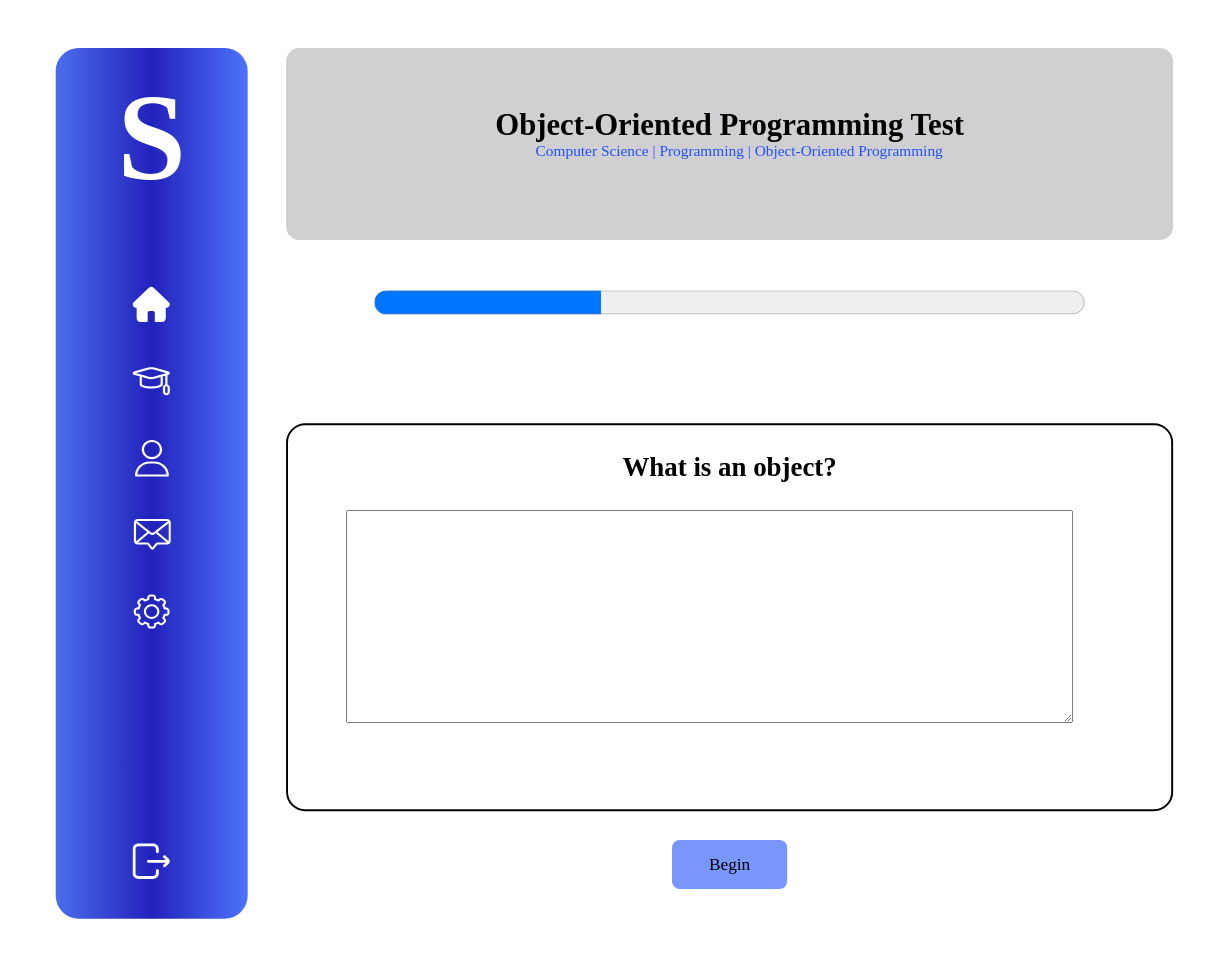
Repository: rafalzacher1/smartify-interface
Page: test.html
These files come from the project's save history. The page is drawn as it stood at one moment and after a run of saves; the edit follows.
The browser window is 1280 px wide. The pictures show the whole page, at 96% of full size.
Some web fonts or font styles are not loaded; a fallback is used.

Above is the page before, as saved 2022-06-30 19:40:38.

### test.html
<!DOCTYPE html>
<html lang="en">

<head>
    <link rel="stylesheet" href="./styles/home.css">
    <link rel="stylesheet" href="./styles/navigation.css">
    <link rel="stylesheet" href="./styles/search.css">
    <link rel="stylesheet" href="./styles/test.css">
    <link rel="stylesheet" href="./styles/question.css">
    <link rel="stylesheet" href="https://cdnjs.cloudflare.com/ajax/libs/font-awesome/4.7.0/css/font-awesome.min.css">
    <link href='https://fonts.googleapis.com/css?family=Baloo Bhai' rel='stylesheet'>
</head>

<body>
    <div id="main-container">
        <div id="navigation-container">
            <h1>S</h1>

            <nav id="navigation-options">
                <svg width="27" height="25" viewBox="0 0 27 25" fill="none" xmlns="http://www.w3.org/2000/svg"
                    onclick="document.location='./index.html'">
                    <path
                        d="M25.5018 10.9867C25.5012 10.9862 25.5006 10.9856 25.5 10.985L14.8668 0.890976C14.4135 0.460518 13.8109 0.223389 13.17 0.223389C12.529 0.223389 11.9264 0.460329 11.473 0.890787L0.845318 10.9797C0.841738 10.9831 0.838158 10.9867 0.834579 10.9901C-0.0961545 11.8788 -0.0945635 13.3206 0.839153 14.207C1.26574 14.6122 1.82915 14.8469 2.43154 14.8714C2.456 14.8737 2.48066 14.8748 2.50552 14.8748H2.92932V22.3034C2.92932 23.7734 4.1892 24.9694 5.73803 24.9694H9.89809C10.3197 24.9694 10.6618 24.6449 10.6618 24.2444V18.4204C10.6618 17.7496 11.2365 17.204 11.9431 17.204H14.3968C15.1034 17.204 15.6782 17.7496 15.6782 18.4204V24.2444C15.6782 24.6449 16.02 24.9694 16.4419 24.9694H20.6019C22.1508 24.9694 23.4106 23.7734 23.4106 22.3034V14.8748H23.8036C24.4444 14.8748 25.047 14.6379 25.5006 14.2074C26.4353 13.3195 26.4357 11.8752 25.5018 10.9867V10.9867Z"
                        fill="white" />
                </svg>

                <svg width="29" height="22" viewBox="0 0 29 22" fill="none" xmlns="http://www.w3.org/2000/svg">
                    <path
                        d="M26.4228 13.5237V6.40629L26.734 6.31764C27.9305 5.97676 28.1816 5.39965 28.1816 4.97552C28.1816 4.55139 27.9304 3.97428 26.734 3.63356L16.4958 0.717713C15.8653 0.538127 15.0388 0.43924 14.1689 0.43924C13.299 0.43924 12.4726 0.538127 11.8419 0.717713L1.60382 3.63356C0.407257 3.97428 0.156067 4.55139 0.156067 4.97557C0.156067 5.3997 0.407202 5.97686 1.60376 6.31769L5.43281 7.4082V13.2841C5.43281 14.0138 5.93239 15.0416 8.31243 15.7947C9.88887 16.2936 11.9687 16.5683 14.1688 16.5683C16.3689 16.5683 18.4487 16.2936 20.0252 15.7947C22.4053 15.0415 22.9049 14.0138 22.9049 13.2841V7.40825L24.7806 6.87402V13.5237C23.7595 13.8501 23.0217 14.767 23.0217 15.8451V19.1846C23.0217 20.5351 24.179 21.6338 25.6017 21.6338C27.0242 21.6338 28.1816 20.5351 28.1816 19.1846V15.8451C28.1817 14.767 27.4439 13.8501 26.4228 13.5237ZM12.3137 2.21089C12.7886 2.07563 13.4647 1.9981 14.1689 1.9981C14.873 1.9981 15.5492 2.07563 16.024 2.21084L25.7315 4.97557L21.8438 6.08282C21.8416 6.08349 21.8394 6.08406 21.8372 6.08474L16.024 7.74036C15.5493 7.87556 14.8731 7.95309 14.169 7.95309C13.4649 7.95309 12.7886 7.87556 12.3138 7.74036L6.50073 6.08474C6.49849 6.08406 6.4963 6.08349 6.49405 6.08282L2.60639 4.97557L12.3137 2.21089ZM21.2629 11.2372C21.2629 13.3846 20.9647 13.8541 19.506 14.3157C18.0926 14.763 16.1971 15.0093 14.1689 15.0093C12.1406 15.0093 10.2452 14.763 8.83178 14.3157C7.37313 13.8541 7.07493 13.3845 7.07493 13.2841V7.87582L11.842 9.23348C12.4726 9.41307 13.299 9.51196 14.1689 9.51196C15.0388 9.51196 15.8652 9.41307 16.4959 9.23348L21.2629 7.87582V11.2372ZM26.5395 19.1845C26.5395 19.6754 26.1188 20.0748 25.6017 20.0748C25.0846 20.0748 24.6639 19.6755 24.6639 19.1845V15.845C24.6639 15.3541 25.0846 14.9546 25.6017 14.9546C26.1189 14.9546 26.5395 15.3541 26.5395 15.845V19.1845Z"
                        fill="white" />
                </svg>

                <svg width="24" height="26" viewBox="0 0 24 26" fill="none" xmlns="http://www.w3.org/2000/svg">
                    <path
                        d="M12.1698 0.827911C8.37379 0.827911 5.28546 3.75975 5.28546 7.36343C5.28546 10.9671 8.37379 13.899 12.1698 13.899C15.9659 13.899 19.0542 10.9671 19.0542 7.36343C19.0542 3.75975 15.9659 0.827911 12.1698 0.827911ZM12.1698 12.4466C9.21735 12.4466 6.81532 10.1663 6.81532 7.36343C6.81532 4.56057 9.21735 2.28025 12.1698 2.28025C15.1223 2.28025 17.5243 4.56057 17.5243 7.36343C17.5243 10.1663 15.1223 12.4466 12.1698 12.4466Z"
                        fill="white" />
                    <path
                        d="M20.7353 18.1686C18.8505 16.3518 16.3519 15.3513 13.6997 15.3513H10.64C7.98784 15.3513 5.48917 16.3518 3.60439 18.1686C1.72883 19.9765 0.695923 22.3628 0.695923 24.8883C0.695923 25.2894 1.03841 25.6145 1.46085 25.6145H22.8789C23.3013 25.6145 23.6438 25.2894 23.6438 24.8883C23.6438 22.3628 22.6109 19.9765 20.7353 18.1686ZM2.25944 24.1621C2.64267 20.043 6.25497 16.8036 10.64 16.8036H13.6997C18.0848 16.8036 21.6971 20.043 22.0803 24.1621H2.25944Z"
                        fill="white" />
                </svg>


                <svg width="27" height="23" viewBox="0 0 27 23" fill="none" xmlns="http://www.w3.org/2000/svg">
                    <path
                        d="M24.1913 0.381134H3.77551C2.23533 0.381134 0.9823 1.57067 0.9823 3.0328V15.7608C0.9823 17.223 2.23533 18.4125 3.77551 18.4125H10.353C10.4332 18.4125 10.5096 18.4491 10.5573 18.5105L12.957 21.5991C13.1975 21.9087 13.5678 22.0872 13.9729 22.089H13.979C14.3819 22.089 14.7514 21.9139 14.9937 21.608L17.4479 18.5087C17.4956 18.4484 17.5715 18.4124 17.6509 18.4124H24.1913C25.7315 18.4124 26.9845 17.2229 26.9845 15.7608V3.03276C26.9845 1.57063 25.7315 0.381134 24.1913 0.381134ZM25.4609 15.7608C25.4609 15.8747 25.4439 15.9848 25.4127 16.0892L17.5863 9.57636L25.4609 3.37251V15.7608ZM24.1913 1.8275C24.4235 1.8275 24.6413 1.88728 24.8287 1.99108L14.7964 9.8948C14.3265 10.265 13.6446 10.265 13.1747 9.8948L3.14064 1.98969C3.32753 1.88675 3.54433 1.8275 3.77551 1.8275H24.1913ZM2.55416 16.0892C2.52293 15.9848 2.50587 15.8747 2.50587 15.7608V3.36913L10.3826 9.57457L2.55416 16.0892ZM16.2301 17.6396L13.9808 20.4801L11.7834 17.6519C11.4498 17.2225 10.915 16.9661 10.3529 16.9661H3.81172L11.5698 10.5099L12.2017 11.0078C12.7186 11.415 13.3519 11.6185 13.9855 11.6185C14.6189 11.6185 15.2525 11.4148 15.7693 11.0078L16.399 10.5117L24.155 16.9661H17.6509C17.0952 16.9661 16.5641 17.2178 16.2301 17.6396Z"
                        fill="white" />
                </svg>

                <svg width="28" height="25" viewBox="0 0 28 25" fill="none" xmlns="http://www.w3.org/2000/svg">
                    <path
                        d="M14.8013 24.9227H13.1654C11.8422 24.9227 10.7657 23.9008 10.7657 22.6447V22.1193C10.2032 21.9486 9.65665 21.7333 9.13159 21.4753L8.73937 21.8477C7.7894 22.7506 6.2677 22.7241 5.34533 21.8473L4.18907 20.7497C3.26507 19.8735 3.23849 18.4294 4.18937 17.5277L4.58129 17.1556C4.30958 16.6571 4.08276 16.1384 3.90299 15.6043H3.34958C2.02648 15.6043 0.949951 14.5823 0.949951 13.3262V11.7731C0.949951 10.517 2.02648 9.4951 3.34963 9.4951H3.90304C4.08281 8.96103 4.30963 8.44223 4.58134 7.94378L4.18912 7.57148C3.2388 6.67028 3.26502 5.22602 4.18942 4.34942L5.34579 3.2517C6.2703 2.37283 7.79164 2.35089 8.73978 3.25199L9.13165 3.624C9.6567 3.3661 10.2032 3.15073 10.7658 2.98007V2.4547C10.7658 1.1986 11.8422 0.176666 13.1654 0.176666H14.8014C16.1245 0.176666 17.201 1.1986 17.201 2.4547V2.98012C17.7636 3.15073 18.3101 3.3661 18.8351 3.62405L19.2274 3.2517C20.1773 2.34876 21.699 2.37525 22.6214 3.25204L23.7777 4.34966C24.7017 5.22587 24.7283 6.66999 23.7774 7.57172L23.3854 7.94378C23.6572 8.44223 23.884 8.96098 24.0637 9.4951H24.6172C25.9403 9.4951 27.0168 10.517 27.0168 11.7731V13.3262C27.0168 14.5823 25.9403 15.6043 24.6172 15.6043H24.0637C23.884 16.1383 23.6572 16.6571 23.3854 17.1556L23.7777 17.5279C24.728 18.4291 24.7018 19.8734 23.7774 20.75L22.621 21.8477C21.6965 22.7266 20.1751 22.7485 19.227 21.8474L18.8351 21.4754C18.3101 21.7333 17.7636 21.9487 17.201 22.1193V22.6448C17.201 23.9008 16.1245 24.9227 14.8013 24.9227V24.9227ZM9.38692 19.9527C10.1163 20.3622 10.9014 20.6716 11.7203 20.8722C12.0575 20.9548 12.2931 21.2436 12.2931 21.5742V22.6447C12.2931 23.1013 12.6845 23.4727 13.1654 23.4727H14.8014C15.2824 23.4727 15.6737 23.1013 15.6737 22.6447V21.5742C15.6737 21.2436 15.9093 20.9548 16.2466 20.8722C17.0655 20.6716 17.8505 20.3622 18.5799 19.9527C18.8801 19.7842 19.2621 19.8301 19.5087 20.0641L20.3074 20.8224C20.6518 21.1497 21.2048 21.1421 21.5407 20.8227L22.6978 19.7243C23.0329 19.4066 23.0441 18.8815 22.6981 18.5535L21.899 17.7949C21.6525 17.5609 21.6042 17.1981 21.7817 16.9133C22.213 16.2208 22.5389 15.4756 22.7502 14.6981C22.8373 14.378 23.1414 14.1544 23.4897 14.1544H24.6172C25.0982 14.1544 25.4895 13.7829 25.4895 13.3263V11.7732C25.4895 11.3166 25.0982 10.9451 24.6172 10.9451H23.4897C23.1414 10.9451 22.8373 10.7214 22.7502 10.4013C22.5389 9.6239 22.213 8.87862 21.7817 8.18622C21.6042 7.90135 21.6525 7.53857 21.899 7.30454L22.6978 6.54626C23.0431 6.21886 23.0341 5.69397 22.6981 5.37541L21.5411 4.27707C21.2058 3.95827 20.6527 3.94894 20.3078 4.27678L19.5088 5.03535C19.2622 5.26942 18.88 5.31524 18.58 5.14675C17.8506 4.73724 17.0655 4.42786 16.2466 4.22724C15.9094 4.14464 15.6738 3.8559 15.6738 3.52526V2.4547C15.6738 1.99811 15.2824 1.62663 14.8014 1.62663H13.1655C12.6845 1.62663 12.2932 1.99811 12.2932 2.4547V3.52516C12.2932 3.8558 12.0576 4.14454 11.7203 4.22714C10.9014 4.42777 10.1164 4.73714 9.38697 5.14666C9.08679 5.3151 8.7047 5.26928 8.45818 5.03525L7.65948 4.27697C7.31511 3.94966 6.76205 3.95725 6.42619 4.27663L5.26911 5.37503C4.93401 5.69276 4.92281 6.21779 5.26881 6.54587L6.06787 7.30445C6.31438 7.53847 6.36265 7.90125 6.18522 8.18612C5.75385 8.87852 5.42801 9.62381 5.21667 10.4012C5.12961 10.7214 4.82547 10.945 4.47723 10.945H3.34963C2.86867 10.9451 2.47731 11.3165 2.47731 11.7731V13.3262C2.47731 13.7828 2.86867 14.1543 3.34963 14.1543H4.47718C4.82547 14.1543 5.12956 14.378 5.21662 14.6981C5.42796 15.4755 5.75385 16.2208 6.18517 16.9132C6.3626 17.1981 6.31433 17.5609 6.06782 17.7949L5.26906 18.5532C4.92378 18.8806 4.93279 19.4055 5.26876 19.724L6.42573 20.8224C6.76109 21.1412 7.31419 21.1505 7.65907 20.8226L8.45808 20.0641C8.63974 19.8917 9.01765 19.7454 9.38692 19.9527V19.9527Z"
                        fill="white" />
                    <path
                        d="M13.9834 17.9339C10.856 17.9339 8.31177 15.5185 8.31177 12.5497C8.31177 9.58082 10.856 7.16547 13.9834 7.16547C17.1107 7.16547 19.6549 9.58082 19.6549 12.5497C19.6549 15.5185 17.1107 17.9339 13.9834 17.9339ZM13.9834 8.61543C11.6982 8.61543 9.83912 10.3803 9.83912 12.5497C9.83912 14.719 11.6982 16.4839 13.9834 16.4839C16.2685 16.4839 18.1276 14.719 18.1276 12.5497C18.1276 10.3803 16.2685 8.61543 13.9834 8.61543Z"
                        fill="white" />
                </svg>


                <svg id="logout" width="27" height="26" viewBox="0 0 27 26" fill="none"
                    xmlns="http://www.w3.org/2000/svg">
                    <path
                        d="M18.5379 19.6672V21.6084C18.5379 23.7492 16.7034 25.4907 14.4484 25.4907H4.1734C1.91837 25.4907 0.0838623 23.7492 0.0838623 21.6084V4.52618C0.0838623 2.38541 1.91837 0.64386 4.1734 0.64386H14.4484C16.7034 0.64386 18.5379 2.38541 18.5379 4.52618V6.46734C18.5379 7.00343 18.0802 7.43792 17.5155 7.43792C16.9508 7.43792 16.4932 7.00343 16.4932 6.46734V4.52618C16.4932 3.45589 15.5758 2.58502 14.4484 2.58502H4.1734C3.04598 2.58502 2.12863 3.45589 2.12863 4.52618V21.6084C2.12863 22.6787 3.04598 23.5495 4.1734 23.5495H14.4484C15.5758 23.5495 16.4932 22.6787 16.4932 21.6084V19.6672C16.4932 19.1311 16.9508 18.6966 17.5155 18.6966C18.0802 18.6966 18.5379 19.1311 18.5379 19.6672ZM25.5083 11.4L23.2189 9.22667C22.8196 8.84753 22.1722 8.84753 21.773 9.22667C21.3736 9.60561 21.3736 10.2202 21.773 10.5991L23.4014 12.1452H11.1256C10.5609 12.1452 10.1032 12.5797 10.1032 13.1158C10.1032 13.6519 10.5609 14.0864 11.1256 14.0864H23.4014L21.773 15.6325C21.3736 16.0114 21.3736 16.626 21.773 17.005C21.9727 17.1945 22.2343 17.2893 22.4959 17.2893C22.7577 17.2893 23.0192 17.1945 23.2189 17.005L25.5083 14.8316C26.5049 13.8854 26.5049 12.3462 25.5083 11.4Z"
                        fill="white" />
                </svg>
            </nav>
        </div>

        <div id="test-container">
            <div id="test-container-header">
                <h1>Object-Oriented Programming Test</h1>
                <p>Computer Science | Programming | Object-Oriented Programming</p>
            </div>
        </div>

        <div id="question-container" >
            <div id="progress">
                <progress id="questions" value="32" max="100"> 32% </progress>
            </div>

            <div id="question">
                <h3>What is an object?</h3>

                <textarea name="question" type="text"></textarea>
            </div>

            <div id="progress-container">
                <button id="question-button" class="question-option"
                    onclick="document.location='./topic.html'">Begin</button>
            </div>
        </div>
    </div>
</body>

</html>

<!-- Answer -->
<!--
    An object is a single instance of a class; it is created by invoking the constructors of the class. Class exists in source temporal scope and objects exist in run-time temporal scope.
 -->
 <!-- https://www.grin.com/document/423537 -->

### styles/home.css
#main-container {
    display: grid;
    grid-template-columns: 2fr 8fr 4fr;
    grid-template-rows: 200px 200px 200px;
    gap: 40px;
    margin: 50px;
}

### styles/navigation.css
#navigation-container {
  font-family: "Baloo Bhai";
  font-size: 26px;
  background: rgb(32, 80, 251);
  background: linear-gradient(
    90deg,
    rgba(30, 74, 233, 0.8) 0%,
    rgba(10, 10, 180, 0.9) 50%,
    rgba(32, 80, 251, 0.8) 100%
  );
  border-radius: 24px;
  width: 200px;
  height: 100%;
  text-align: center;
  display: inline-block;
  grid-column: 1;
  grid-row: 1 / 5;
}

#navigation-container h1 {
  font-family: "Baloo Bhai";
  font-size: 128px;
  color: #ffffff;
  margin: 0;
  padding-top: 20px;
  padding-bottom: 60px;
}

#navigation-options svg {
  margin-left: auto;
  margin-right: auto;
  display: block;
  padding: 20px;
  height: 40px;
  width: 40px;
}

#navigation-options svg:hover {
  opacity: 0.4;
  cursor: pointer;
}

#logout {
  margin-top: 180px;
  margin-bottom: 20px;
}

### styles/search.css
#search-container {
  grid-column: 3;
  grid-row: 1;
}

#search-container h2 {
  font-family: "Baloo Bhai";
  font-size: 16px;
}

form.example input[type="text"] {
  padding: 10px;
  font-size: 17px;
  border: 1px solid grey;
  float: left;
  width: 70%;
  background: #f1f1f1;
  border-radius: 15px 0 0 15px;
  font-family: "Baloo Bhai";
  font-size: 32px;
}

form.example button {
  float: left;
  width: 20%;
  padding: 10px;
  background: #2050fb;
  opacity: 0.6;
  color: white;
  font-size: 17px;
  border: 1px solid grey;
  border-left: none;
  cursor: pointer;
  border-radius: 0 15px 15px 0;
  font-family: "Baloo Bhai";
  font-size: 32px;
  box-sizing: border-box;
}

form.example button:hover {
  opacity: 1;
}

form.example::after {
  content: "";
  clear: both;
  display: table;
}

### styles/test.css
#test-container {
  grid-column: 2 / 4;
  grid-row: 1;
  background-color: #d0d0d3;
  border-radius: 14px;
}

#test-container h1 {
  font-family: "Baloo Bhai";
  font-size: 32px;
  margin-bottom: 0;
}

#test-container p {
  color: #2050fb;
  font-family: "Baloo Bhai";
  font-size: 16px;
  margin-top: 0;
  padding-left: 20px;
}

#test-container-header {
  text-align: center;
  margin-top: 62px;
  margin-bottom: 62px;
}

### styles/question.css
#question-container {
  grid-column: 2 / 4;
  grid-row: 2 / 5;
}

#progress {
  width: 80%;
  margin-left: auto;
  margin-right: auto;
}

.question-option,
input[type="submit"],
input[type="reset"] {
  background: none;
  color: inherit;
  border: none;
  padding: 0;
  font: inherit;
  cursor: pointer;
  outline: inherit;
  width: 30%;
  font-family: "Baloo Bhai";
  font-size: 18px;
}

#question {
    margin-top: 100px;
    height: 400px;
    border: 2px solid #000000;
    border-radius: 20px;
}

#progress-container {
    text-align: center;
}

#question-button {
  width: 120px;
  margin: 30px 20px;
  border-radius: 8px;
  padding: 15px;
  background-color: rgba(32, 80, 251, 0.6);
}

#question-button:hover {
  background-color: rgba(32, 80, 251, 1);
}

#questions {
  width: 100%;
  height: 50px;
}

#question h3 {
    text-align: center;
    font-family: "Baloo Bhai";
    font-size: 28px;
}

#question textarea {
    margin: 0 60px 0 60px;
    padding: 10px;
    width: 80%;
    height: 200px;
    font-family: "Baloo Bhai";
    font-size: 16px;
}

After the next 2 saves:
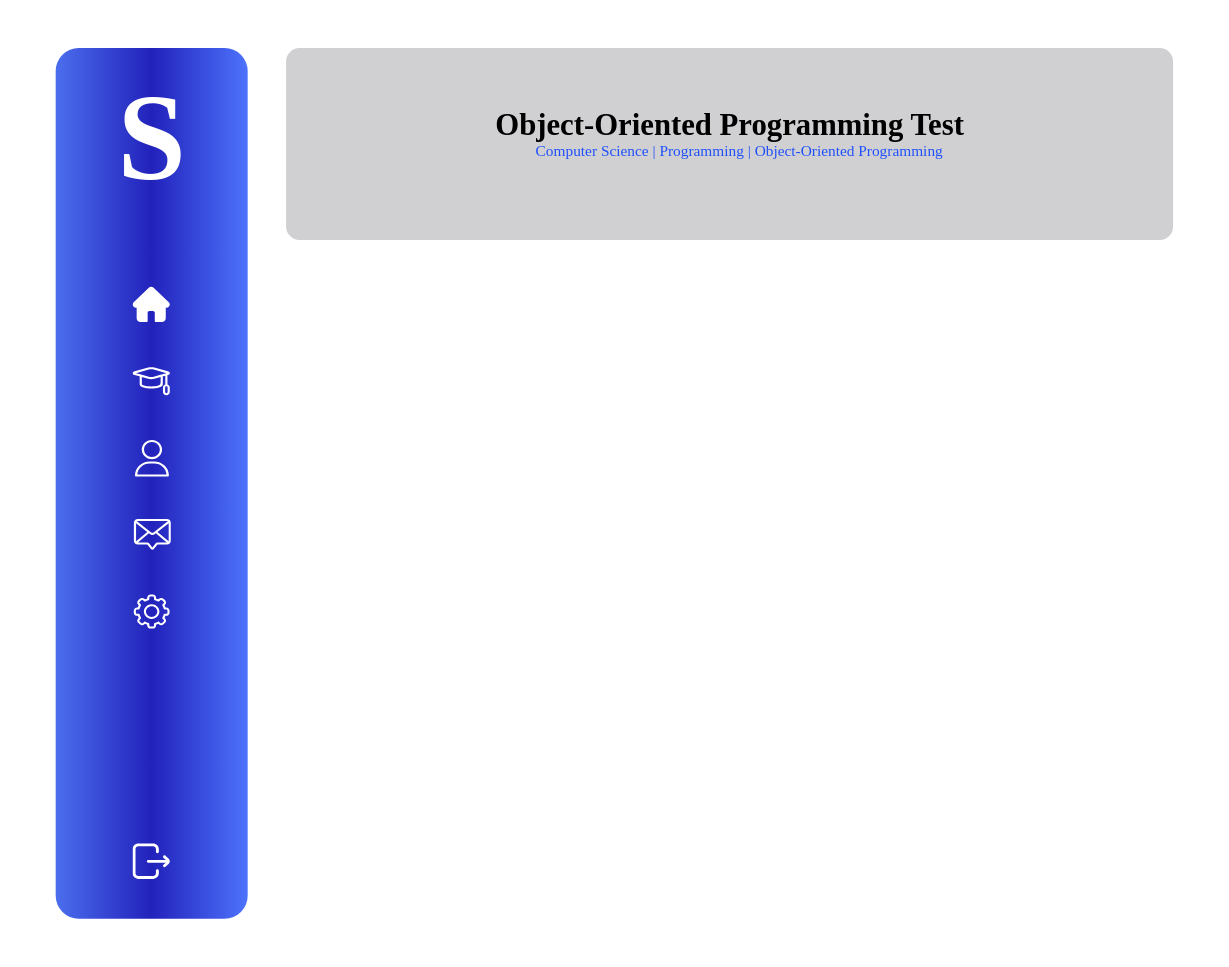
The 2 saves are shown as one change because they came seconds apart.
The last was saved 10 s later.
--- a/test.html
+++ b/test.html
@@ -72,7 +72,7 @@
             </div>
         </div>
 
-        <div id="question-container" >
+        <div id="question-container" style="display: none;">
             <div id="progress">
                 <progress id="questions" value="32" max="100"> 32% </progress>
             </div>

After the 5 saves that followed:
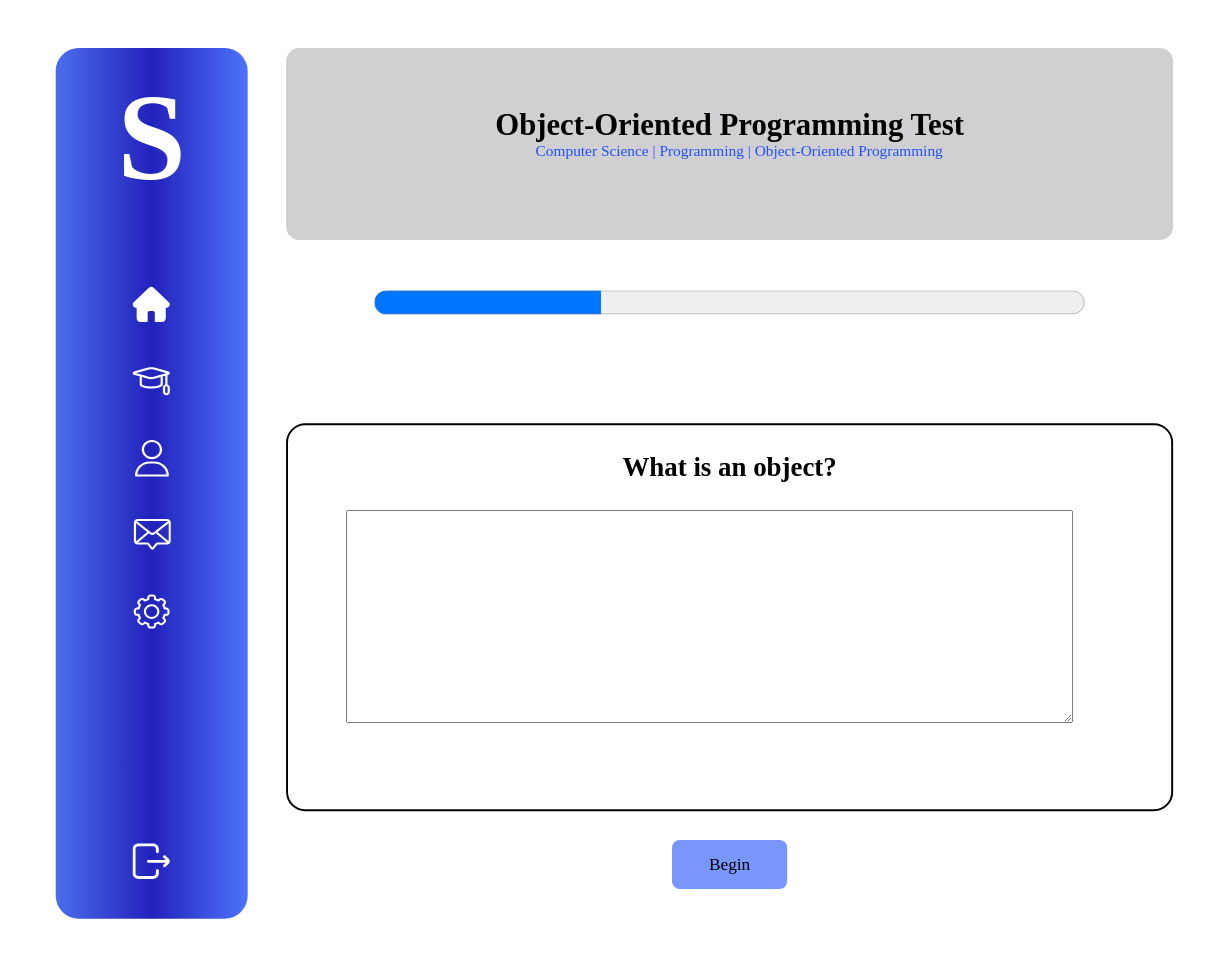
The 5 saves are shown as one change because 1 left the picture as it was and some came seconds apart.
The last was saved 23 s later.
--- a/test.html
+++ b/test.html
@@ -72,7 +72,7 @@
             </div>
         </div>
 
-        <div id="question-container" style="display: none;">
+        <div id="question-container">
             <div id="progress">
                 <progress id="questions" value="32" max="100"> 32% </progress>
             </div>
